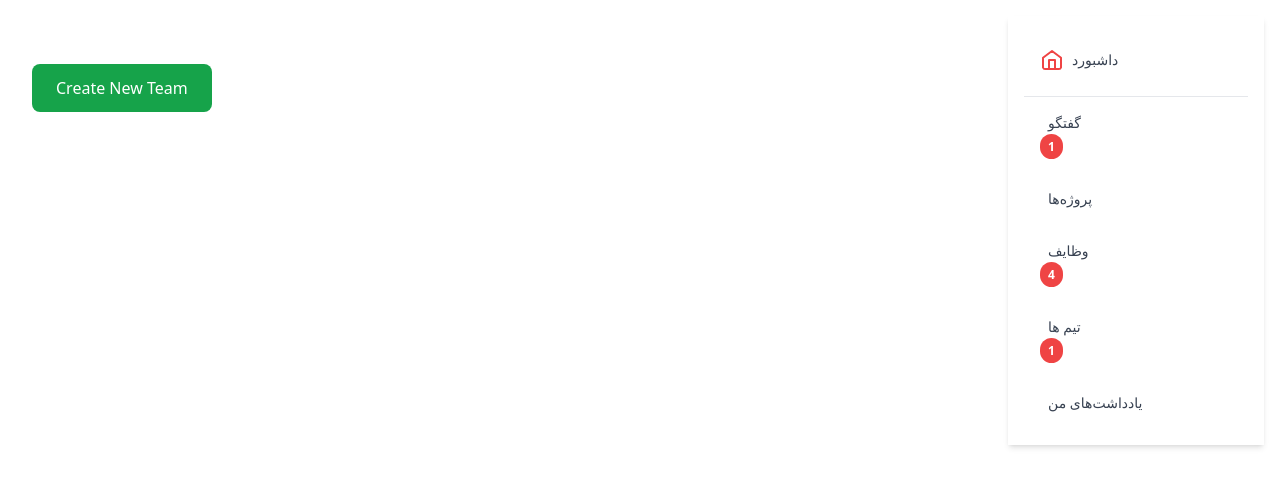
Repository: spnovaa/work-hive
Page: /teams (app in front_end/)
An editor plug-in stored every save of this project. The page is shown before and after the next save, followed by the edit.
The browser window is 1280 px wide. The pictures show the whole page.
The page's requests for data from a server got no answer. The project was rebuilt for these pictures with package versions that can differ from the ones it lists, and the page was loaded fresh each time. No one was signed in, and anything a server would have sent is missing. Also part of the build but not shown: front_end/src/api/auth.js, front_end/src/components/loadingSpinner.jsx, front_end/src/pages/login.jsx, front_end/src/pages/registration.jsx, front_end/src/components/profile/profileSettingsModal.jsx, front_end/src/components/profile/dropdown.jsx, front_end/src/components/profile/profileSection.jsx, front_end/src/pages/home.jsx and 9 more.

Above is the page before, as saved 2025-01-17 20:49:12.

### front_end/src/index.js
import React from 'react';
import ReactDOM from 'react-dom/client'; // Import from 'react-dom/client' for React 18+
import './styles/globals.css';
import App from './App';

// Create a root element for rendering the React application
const root = ReactDOM.createRoot(document.getElementById('root'));

// Use the new `render` method for React 18+
root.render(
  <React.StrictMode>
    <App />
  </React.StrictMode>
);

### front_end/src/App.jsx
import React from 'react';
import { BrowserRouter as Router, Routes, Route } from 'react-router-dom';
import Login from './pages/login';
import Registration from './pages/registration';
import Home from './pages/home';
import ProjectsDashboard from './components/project/projectDashboard.jsx';
import ProjectDetails from './components/project/projectDetails.jsx';
import NewProject from './components/project/newProject.jsx';
import DashboardSidebar from './components/dashboardSidebar';
import TaskModal from './components/task/tasksComponent.jsx'
import TeamList from './components/team/teamList.jsx'
function App() {
  return (
    <Router>
      <Routes>
        <Route path="/login" element={<Login />} />
        <Route path="/register" element={<Registration />} />
        <Route
          path="*"
          element={
            <div className="flex h-screen">
              <div className="absolute top-4 right-4 w-64 bg-gray-100">
                <DashboardSidebar />
              </div>
              <div className="flex-grow p-4">
                <Routes>
                  <Route path="/" element={<Home />} />
                  <Route path="/projects" element={<ProjectsDashboard />} />
                  <Route path="/projects/new" element={<NewProject/>} />
                  <Route path="/projects/:projectId" element={<ProjectDetails />} />
                  <Route path="/tasks" element={<TaskModal/>} />
                  <Route path="/teams" element={<TeamList/>} />

                </Routes>
              </div>
            </div>
          }
        />
      </Routes>
    </Router>
  );
}
export default App;

### front_end/src/components/dashboardSidebar.jsx
import React from 'react';
import { useNavigate } from 'react-router-dom';

function SidebarItem({ icon, label, notificationCount, onClick }) {
    return (
        <div
            className="className=flex items-center justify-start flex-row-reverse p-4 cursor-pointer hover:bg-gray-100"
            onClick={onClick}
        >
            <div className="flex items-center">
                <span className="text-lg text-gray-700 mr-2">{icon}</span>
                <span className="text-gray-700 text-sm font-medium">{label}</span>
            </div>
            {notificationCount > 0 && (
                <span className="bg-red-500 text-white text-xs font-bold rounded-full px-2 py-1">
                    {notificationCount}
                </span>
            )}
        </div>
    );
}

function DashboardSidebar() {
    const navigate = useNavigate();

    const handleNavigation = (path) => {
        navigate(path);
    };

    return (
        <div className="w-64 bg-white shadow-md p-4">
           <SidebarItem
    icon={
        <svg
            xmlns="http://www.w3.org/2000/svg"
            className="h-6 w-6 text-red-500"
            fill="none"
            viewBox="0 0 24 24"
            stroke="currentColor"
        >
            <path
                strokeLinecap="round"
                strokeLinejoin="round"
                strokeWidth="2"
                d="M3 9.75L12 3l9 6.75v9.75A2.25 2.25 0 0118.75 21H5.25A2.25 2.25 0 013 19.5V9.75z"
            />
            <path
                strokeLinecap="round"
                strokeLinejoin="round"
                strokeWidth="2"
                d="M9 21V12h6v9"
            />
        </svg>
    }
    label="داشبورد"
/>
<hr className="w-full border-gray-200 mt-2" />
            <SidebarItem
                icon={<i className="fas fa-comments" />}
                label="گفتگو"
                notificationCount={1}
                onClick={() => handleNavigation('/conversations')}
            />
            <SidebarItem
                icon={<i className="fas fa-folder-open" />}
                label="پروژه‌ها"
                notificationCount={0}
                onClick={() => handleNavigation('/projects')}
            />
            <SidebarItem
                icon={<i className="fas fa-tasks" />}
                label="وظایف"
                notificationCount={4}
                onClick={() => handleNavigation('/tasks')}
            />
            <SidebarItem
                icon={<i className="fas fa-envelope" />}
                label="تیم ها"
                notificationCount={1}
                onClick={() => handleNavigation('/teams')}
            />
            <SidebarItem
                icon={<i className="fas fa-sticky-note" />}
                label="یادداشت‌های من"
                notificationCount={0}
                onClick={() => handleNavigation('/notes')}
            />
        </div>
    );
}

export default DashboardSidebar;

### front_end/src/components/team/teamList.jsx
import React, { useState, useEffect } from 'react';
import axiosInstance from '../../common/axiosInstance';
import TeamModal from './teamModal.jsx';
const TeamList = () => {
    const [teams, setTeams] = useState([]);
    const [showTeamModal, setShowTeamModal] = useState(false);
    const [selectedTeam, setSelectedTeam] = useState(null);
    const [showCreateTeamModal, setShowCreateTeamModal] = useState(false);
    const [newTeamName, setNewTeamName] = useState('');
  useEffect(() => {
    const fetchTeams = async () => {
      try {
        const response = await axiosInstance.get('https://work-hive.liara.run/api/user/teams');
        setTeams(response.data);
      } catch (error) {
        console.error("Error fetching teams:", error);
      }
    };
    fetchTeams();
  }, []);
  const handleTeamClick = (team) => {
    setSelectedTeam(team);
    setShowTeamModal(true);
  };
  const openCreateTeamModal = () => {
    setShowCreateTeamModal(true);
  };
  const createTeam = async () => {
    try {
      const response = await axiosInstance.post('https://work-hive.liara.run/api/teams', { name: newTeamName });

      setTeams((prevTeams) => [...prevTeams, response.data]);
      console.log(teams);
      setNewTeamName('');
      setShowCreateTeamModal(false);
    } catch (error) {
      console.error("Error creating team:", error);
    }
  };

  return (
    <div className="container mx-auto p-4">
      <div className="space-y-4">
      {teams.map((team) => (
  <div
    key={team.id}
    className="p-4 border rounded-lg shadow-md bg-white cursor-pointer"
    onClick={() => handleTeamClick(team)}
  >
    <p className="text-6xl font-bold">{team.name}</p>
    <p className="text-sm text-gray-500">
      {Array.isArray(team.users) ? team.users.length : 0} Members
    </p>
  </div>
))}

      </div>
      <button
        className="mt-8 px-6 py-3 bg-green-600 text-white rounded-lg"
        onClick={openCreateTeamModal}
      >
        Create New Team
      </button>
      {showTeamModal && selectedTeam && (
        <TeamModal
          team={selectedTeam}
          onClose={() => setShowTeamModal(false)}
        />
      )}
      {showCreateTeamModal && (
        <div className="fixed inset-0 flex justify-center items-center bg-gray-800 bg-opacity-50">
          <div className="bg-white p-6 rounded-lg shadow-lg max-w-sm w-full">
            <h3 className="text-xl font-semibold mb-4">Create New Team</h3>
            <input
              type="text"
              className="w-full p-2 border border-gray-300 rounded mb-4"
              placeholder="Enter team name"
              value={newTeamName}
              onChange={(e) => setNewTeamName(e.target.value)}
            />
            <div className="flex justify-between">
              <button
                className="px-4 py-2 bg-red-600 text-white rounded-lg"
                onClick={() => setShowCreateTeamModal(false)}
              >
                Cancel
              </button>
              <button
                className="px-4 py-2 bg-green-600 text-white rounded-lg"
                onClick={createTeam}
                disabled={!newTeamName}
              >
                Confirm
              </button>
            </div>
          </div>
        </div>
      )}
    </div>
  );
};

export default TeamList;

### front_end/src/common/axiosInstance.js
import axios from 'axios';
import Cookies from 'js-cookie';

const axiosInstance = axios.create({
    baseURL: 'https://work-hive.liara.run',
    headers: {
        'Content-Type': 'application/json',
    },
});

axiosInstance.interceptors.request.use((config) => {
    const token = Cookies.get('bearer');
    console.log('Token:', token);
    if (token) {
        config.headers.Authorization = `Bearer ${token}`;
    }
    return config;
}, (error) => {
    return Promise.reject(error);
});

export default axiosInstance;

Loaded but not shown: front_end/public/index.html (common file); front_end/src/styles/globals.css (common file); front_end/tailwind.config.js (common file)

After the next save:
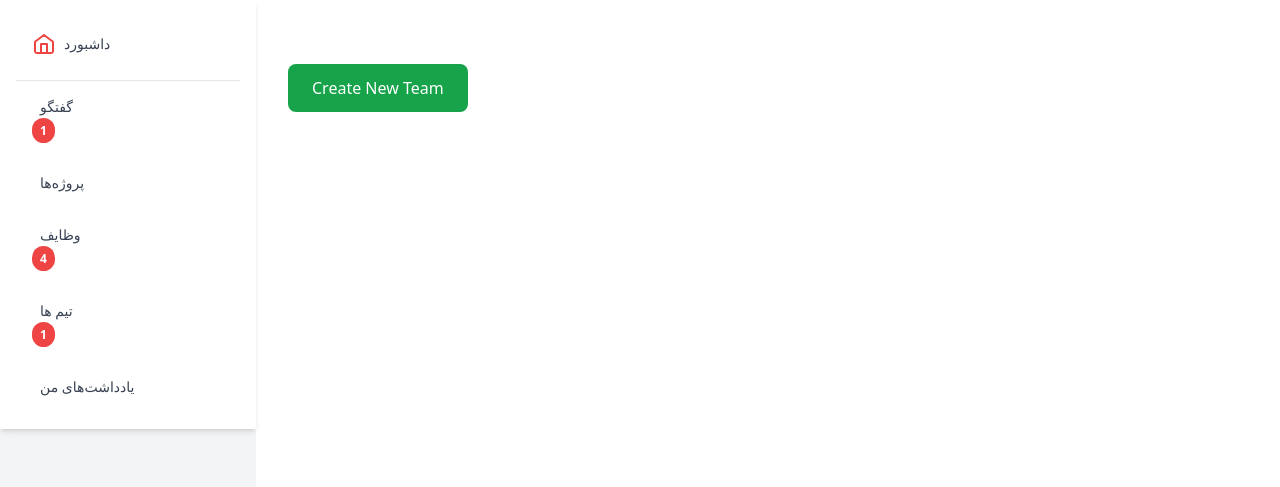
Saved 4 min 59 s later.
--- a/front_end/src/App.jsx
+++ b/front_end/src/App.jsx
@@ -15,22 +15,25 @@ function App() {
       <Routes>
         <Route path="/login" element={<Login />} />
         <Route path="/register" element={<Registration />} />
+
         <Route
           path="*"
           element={
             <div className="flex h-screen">
-              <div className="absolute top-4 right-4 w-64 bg-gray-100">
+              {/* Sidebar: Fixed on the left side */}
+              <div className="w-64 bg-gray-100 fixed left-0 top-0 bottom-0 z-10">
                 <DashboardSidebar />
               </div>
-              <div className="flex-grow p-4">
+
+              {/* Main content area: Respects sidebar width */}
+              <div className="flex-grow ml-64 p-4">
                 <Routes>
                   <Route path="/" element={<Home />} />
                   <Route path="/projects" element={<ProjectsDashboard />} />
-                  <Route path="/projects/new" element={<NewProject/>} />
+                  <Route path="/projects/new" element={<NewProject />} />
                   <Route path="/projects/:projectId" element={<ProjectDetails />} />
-                  <Route path="/tasks" element={<TaskModal/>} />
-                  <Route path="/teams" element={<TeamList/>} />
-
+                  <Route path="/tasks" element={<TaskModal />} />
+                  <Route path="/teams" element={<TeamList />} />
                 </Routes>
               </div>
             </div>
